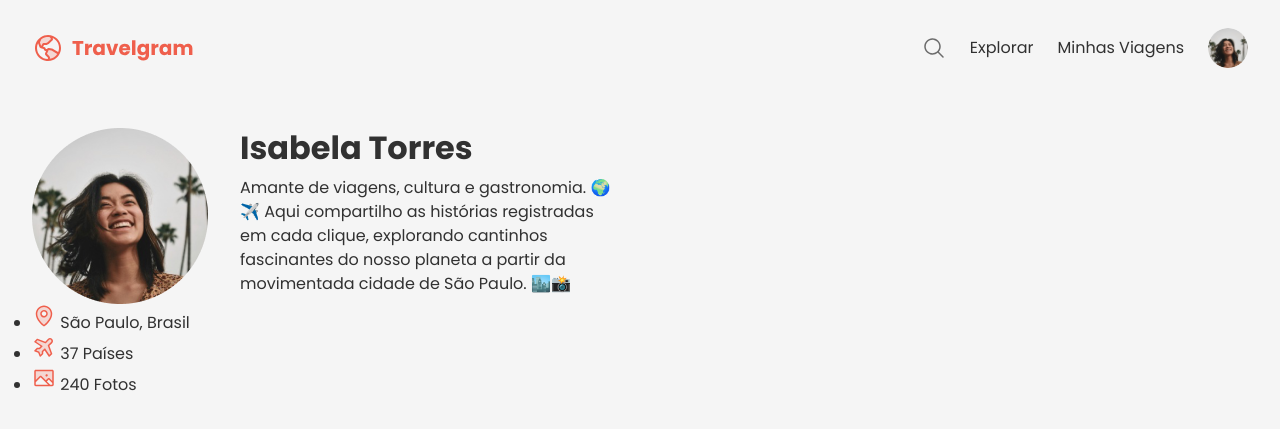
Repository: AbiezerSidonioJoseOdanacaJunior/projeto-travelgram
Page: index.html
An editor plug-in stored every save of this project. The page is shown before and after the next save, followed by the edit.
The browser window is 1280 px wide. The pictures show the whole page.
Some web fonts or font styles are not loaded; a fallback is used.

Above is the page before, as saved 2024-11-12 17:54:48.

After the next save:
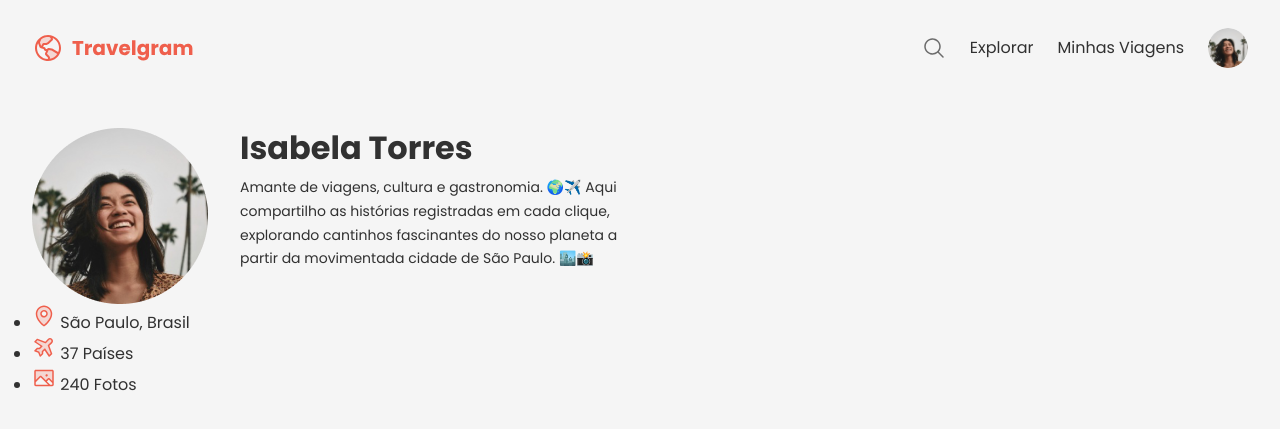
Saved 48 s later.
--- a/styles/header.css
+++ b/styles/header.css
@@ -18,5 +18,6 @@
 }
 
 #profile p {
+    font: var(--text-md);
     color: var(text-colot-secondary);
 }
